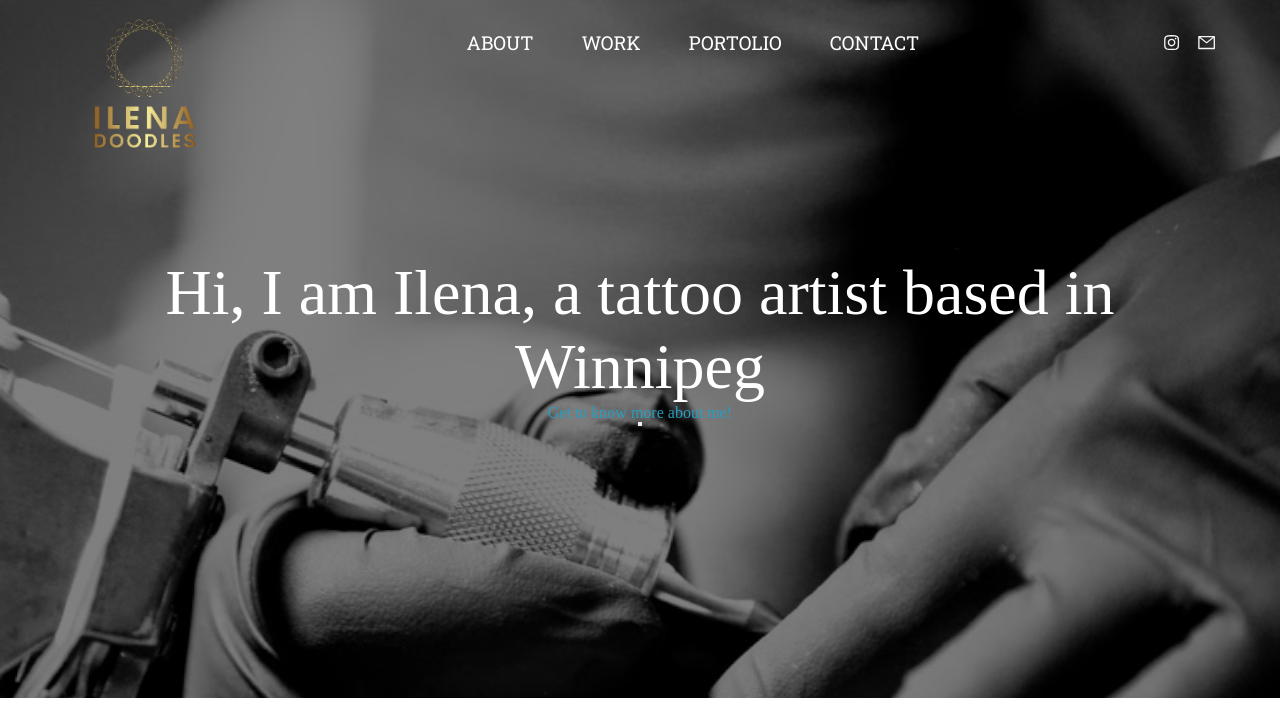
Repository: Leoka2000/Ilena
Page: /
An editor plug-in stored every save of this project. The page is shown before and after the next save, followed by the edit.
The browser window is 1280 px wide. The pictures show the whole page.
Some web fonts or font styles are not loaded; a fallback is used. The project was rebuilt for these pictures with package versions that can differ from the ones it lists, and the page was loaded fresh each time. Also part of the build but not shown: src/App.css.

Above is the page before, as saved 2023-03-02 11:18:21.

After the next save:
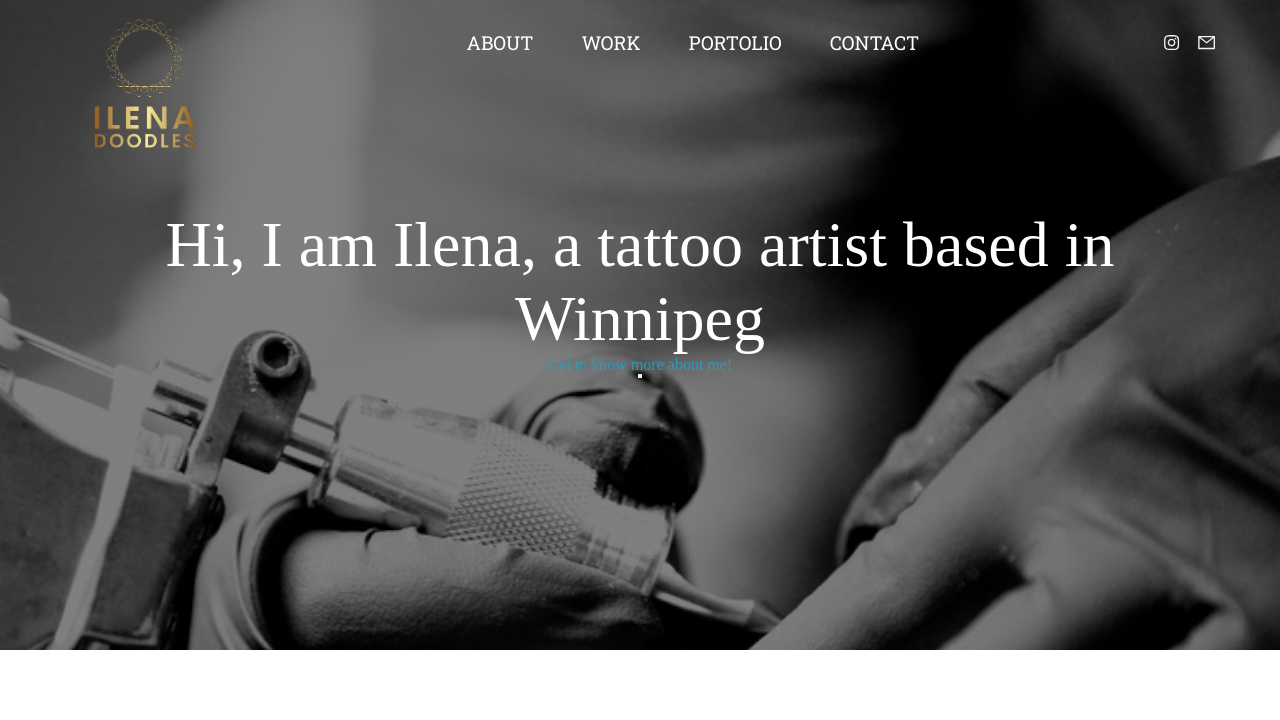
Saved 7 s later.
--- a/src/pages/hero/hero.css
+++ b/src/pages/hero/hero.css
@@ -1,6 +1,6 @@
 .hero-section {
   position: relative;
-  padding: 16rem 0 17rem 0;
+  padding: 13rem 0 17rem 0;
   background-image: url('../../assets/brand/hero-img.png');
   object-fit: contain;
   background-position: top;
